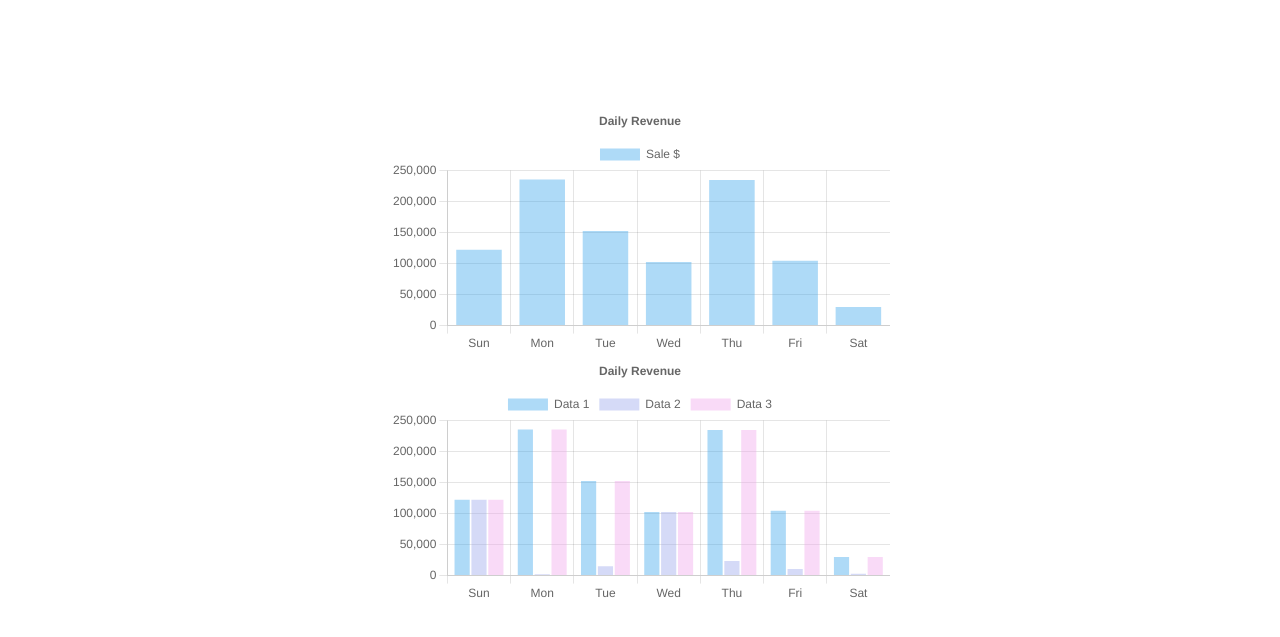
Repository: k8ANStar/exercise-5
Page: /
The author's editor kept a copy of each file at every save. The page is drawn from the files as they stood at one save, then again after the next save.
The browser window is 1280 px wide. The pictures show the whole page.
The project was rebuilt for these pictures with package versions that can differ from the ones it lists, and the page was loaded fresh each time. The framework's server and built-in components were replaced by stand-ins that run in the browser. Also part of the build but not shown: next.config.mjs.

Above is the page before, as saved 2024-04-15 10:24:30.

After the next save:
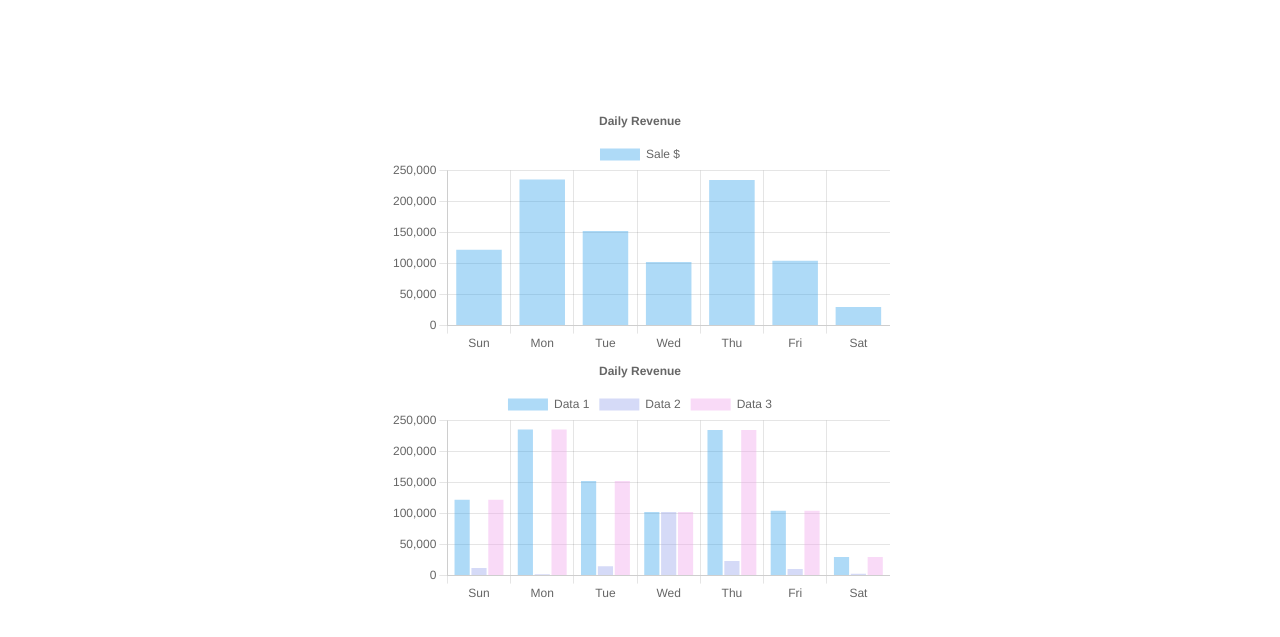
Saved 4 s later.
--- a/components/HorizontalChart/index.js
+++ b/components/HorizontalChart/index.js
@@ -39,7 +39,7 @@ export default function HorizontalChart() {
 				},
 				{
 					label: "Data 2",
-					data: [122340, 2356, 15255, 102430, 23451, 10432, 3000],
+					data: [12340, 2356, 15255, 102430, 23451, 10432, 3000],
 					borderColor: "rgb(150, 162, 235)",
 					backgroundColor: "rgb(150, 162, 235, 0.4)",
 				},
